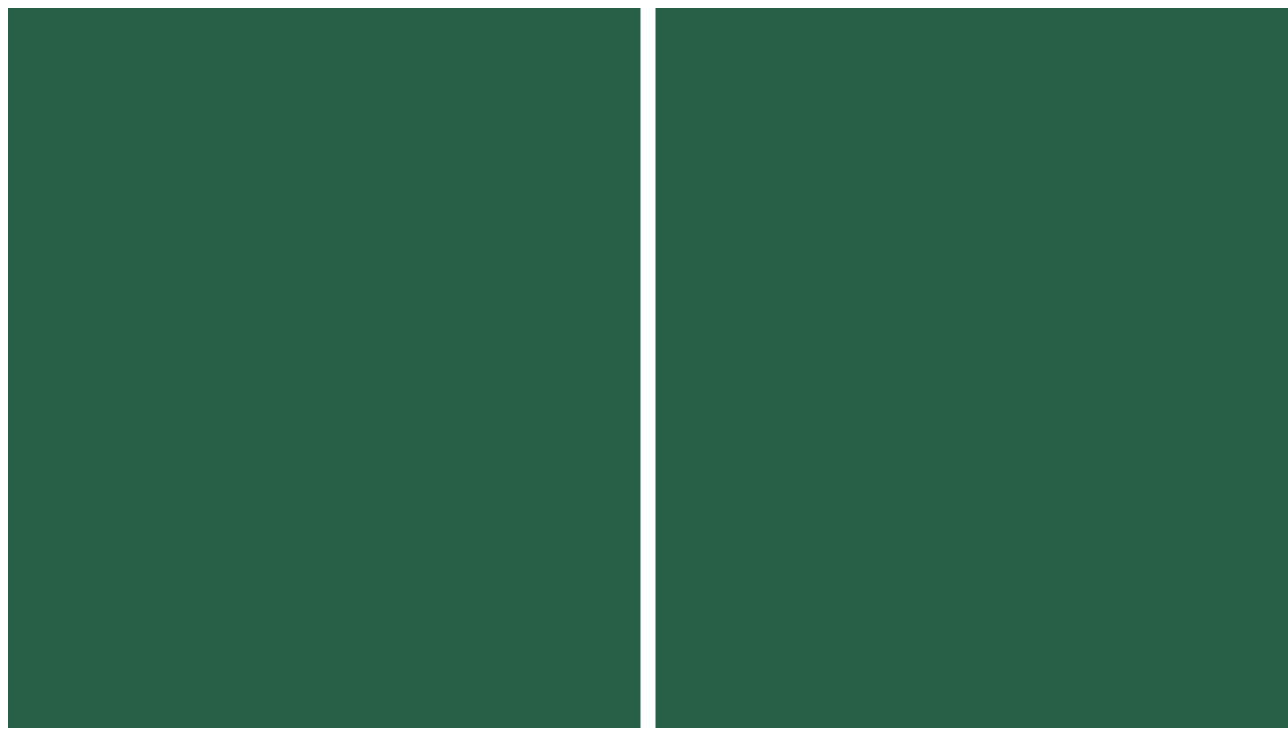
Repository: Pedro0hh/ping_pong
Page: index.html
These files come from the project's save history. The page is drawn as it stood at one moment and after the next save; the edit follows.
The browser window is 1280 px wide. The page is 1288 px wide, so the pictures cover 1288 px, including what lies to the right of the window. The pictures show the whole page.

Above is the page before, as saved 2024-03-26 16:23:38.

### index.html
<!DOCTYPE html>

    <html lang="pt-br">
        <head>

            <meta charset="UTF-8">
            <meta name="viewport" content="width=device-width, initial-scale=1.0">
            <title>Ping-Pong</title>

        </head>

        <body>

            <canvas></canvas>

            <script>

                const canvasEl = document.querySelector("canvas");
                const canvasCtx = canvasEl.getContext("2d");

                const lineWidth = 15

                function setup(){
                    canvasEl.width = canvasCtx.width = window.innerWidth
                    canvasEl.height = canvasCtx.height = window.innerHeight
                }

                function draw (){

                    canvasCtx.fillStyle = "#286047" // a cor branca é "#286047"
                    canvasCtx.fillRect(0, 0, window.innerWidth, innerHeight)

                    canvasCtx.fillStyle = "#ffffff"

                    const x = window.innerWidth / 2 - lineWidth / 2
                    const y = 0
                    const w = lineWidth
                    const h = window.innerHeight

                    canvasCtx.fillRect(x, y, w, h)

                }

                setup()
                draw()

            </script>

        </body>

    </html>

After the next save:
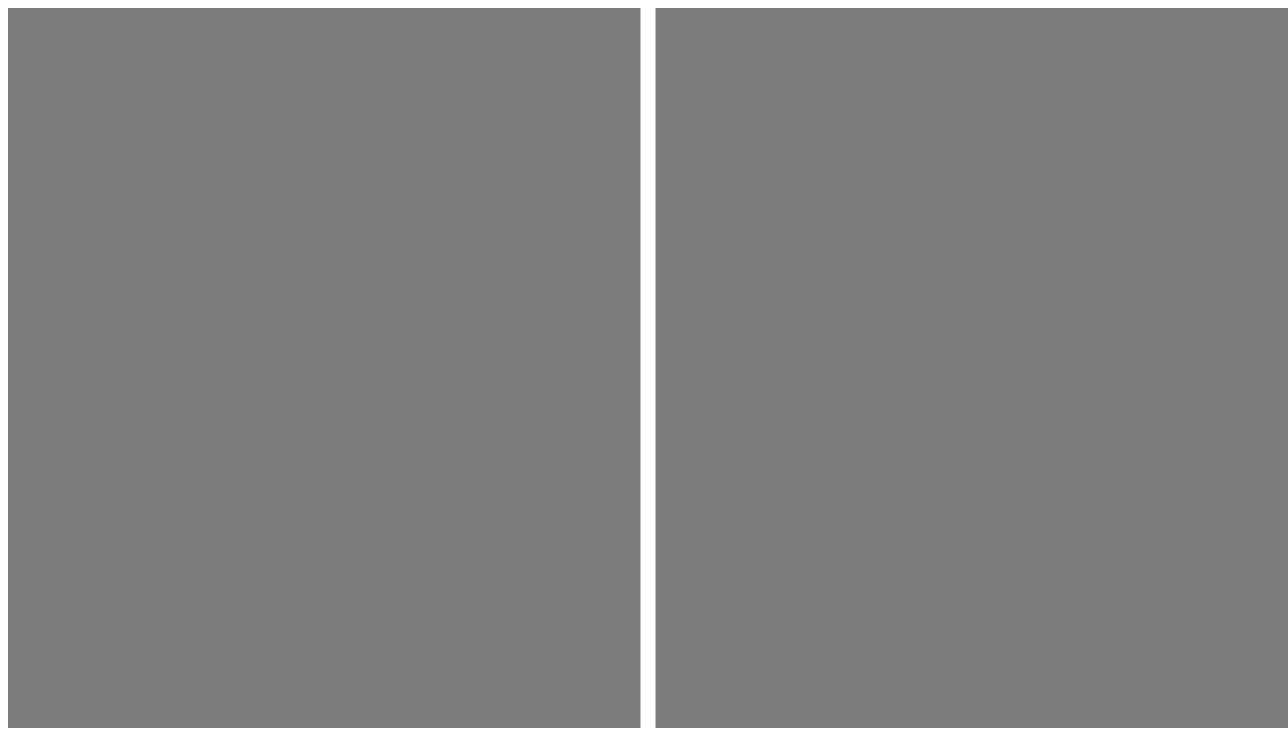
Saved 6 s later.
--- a/index.html
+++ b/index.html
@@ -27,7 +27,7 @@
 
                 function draw (){
 
-                    canvasCtx.fillStyle = "#286047" // a cor branca é "#286047"
+                    canvasCtx.fillStyle = "#7B7B7B" // a cor branca é "#286047"
                     canvasCtx.fillRect(0, 0, window.innerWidth, innerHeight)
 
                     canvasCtx.fillStyle = "#ffffff"
